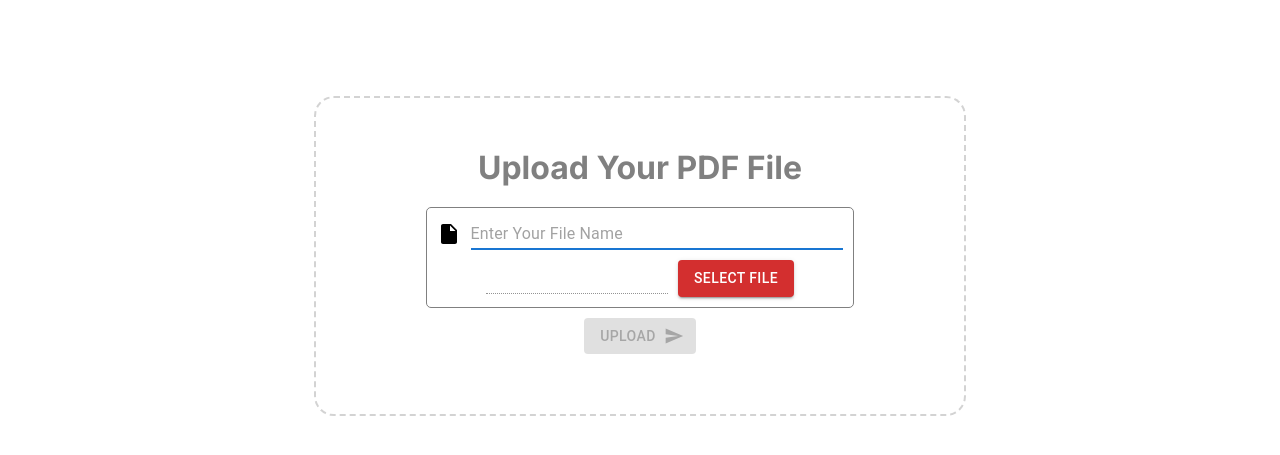
Repository: BhushanPatil-121/pdf-upload-nextjs
Page: /
These files come from the project's save history. The page is drawn as it stood at one moment and after the next save; the edit follows.
The browser window is 1280 px wide. The pictures show the whole page.
The project was rebuilt for these pictures with package versions that can differ from the ones it lists, and the page was loaded fresh each time. The framework's server and built-in components were replaced by stand-ins that run in the browser. Also part of the build but not shown: next.config.mjs.

Above is the page before, as saved 2024-02-29 11:07:22.

### src/app/page.tsx
"use client"
import styles from "./page.module.css";
import { styled } from '@mui/material/styles';
import Button from '@mui/material/Button';
import CloudUploadIcon from '@mui/icons-material/CloudUpload';
import { useState } from 'react';
import { Alert, Box, Stack, TextField } from "@mui/material";
import InsertDriveFileIcon from '@mui/icons-material/InsertDriveFile';
import SendIcon from '@mui/icons-material/Send';
import LoadingButton from '@mui/lab/LoadingButton';
import { CloudDownload } from "@mui/icons-material";

const VisuallyHiddenInput = styled('input')({
  clip: 'rect(0 0 0 0)',
  clipPath: 'inset(50%)',
  height: 1,
  overflow: 'hidden',
  position: 'absolute',
  bottom: 0,
  left: 0,
  whiteSpace: 'nowrap',
  width: 1,
});

export default function Home() {
  const [loading, setLoading] = useState(false);
  const [uploading, setUploding] = useState(false);
  const [fileName, setFileName] = useState<string>("")
  const [defaultFileName, setDefaultFileName] = useState<string>("")
  const [file, setFile] = useState<string>("")
  function handleClick(e: any) {
    setLoading(true);
    setTimeout(() => setLoading(false), 3000);
    setTimeout(() => {
      setUploding(true)
      setFileName("")
      setFile("")
    }, 3000);
    setTimeout(() => setUploding(false), 6000);
    e.preventDefault();
    let formData = new FormData();
    formData.append('filename', fileName);
    formData.append('file', file);
    console.log(fileName, file);
  }
  return (
    <main className={styles.main}>
      <div className={styles.mainContainer}>
        <h1 className={styles.mainHeading}>Upload Your PDF File</h1>
        <form className={styles.mainForm}>
          <div className={styles.mainFormContainer}>
            <div className={styles.mainFormSubContainer1}>
              <InsertDriveFileIcon />
              <Box sx={{width:'100%'}}>
              <TextField
                id="standard-basic"
                fullWidth
                placeholder="Enter Your File Name"
                value={fileName}
                autoFocus
                onChange={(e) => { setFileName(e.target.value) }}
                variant="standard" />
              </Box>
            </div>
            <div className={styles.mainFormSubContainer2}>
              <TextField
                id="standard-multiline-static"
                multiline
                rows={1}
                disabled
                variant="standard"
                value={defaultFileName}
              />
              <Button
                component="label"
                role={undefined}
                variant="contained"
                tabIndex={-1}
                color={file ? "success" : "error"}
                onChange={(e: any) => {
                  setFile(e.target.files[0]);
                  setDefaultFileName(e.target.files[0].name);
                }}>Select file
                <VisuallyHiddenInput type="file" accept="application/pdf" />
              </Button>
            </div>
          </div>
          <LoadingButton
            onClick={handleClick}
            endIcon={<SendIcon />}
            loading={loading}
            disabled={fileName.length < 1}
            loadingPosition="end"
            variant="contained">
            {
              loading ? "Uploading..." : "Upload"
            }
          </LoadingButton>
        </form>
      </div>
      {
        uploading &&
        <Stack sx={{ width: '50%' }} spacing={2}>
          <Alert variant="filled" severity="success">
            File Upload Successfully
          </Alert>
        </Stack>
      }
    </main>
  );
}

### src/app/globals.css


* {
  box-sizing: border-box;
  padding: 0;
  margin: 0;
}

html,
body {
  max-width: 100vw;
  overflow-x: hidden;
}


a {
  color: inherit;
  text-decoration: none;
}

### src/app/page.module.css
.main {
  display: flex;
  flex-direction: column;
  justify-content: start;
  gap: 20px;
  align-items: center;
  padding: 6rem;
  min-height: 100vh;
}

.mainContainer {
  width: 60%;
  display: flex;
  flex-direction: column;
  justify-content: center;
  align-items: center;
  padding: 50px 100px;
  border-radius: 20px;
  border: dashed 2px lightgrey;
}

.mainHeading {
  color: grey;
}

.mainForm {
  display: flex;
  flex-direction: column;
  align-items: center;
  justify-content: center;
  width: 100%;
  padding: 10px;
  border-radius: 10px;
}

.mainFormContainer {
  display: flex;
  flex-direction: column;
  align-items: center;
  justify-content: center;
  width: 100%;
  height: 100%;
  border: 1px solid grey;
  border-radius: 5px;
  padding: 10px;
  gap: 10px;
  margin: 10px;
}

.mainFormSubContainer1 {
  display: flex;
  flex-direction: row;
  align-items: center;
  justify-content: center;
  gap: 10px;
  width: 100%;
}

.mainFormSubContainer2 {
  display: flex;
  flex-direction: row;
  align-items: center;
  justify-content: center;
  gap: 10px;
  width: 100%;

}

Loaded but not shown: src/app/layout.tsx (common file)

After the next save:
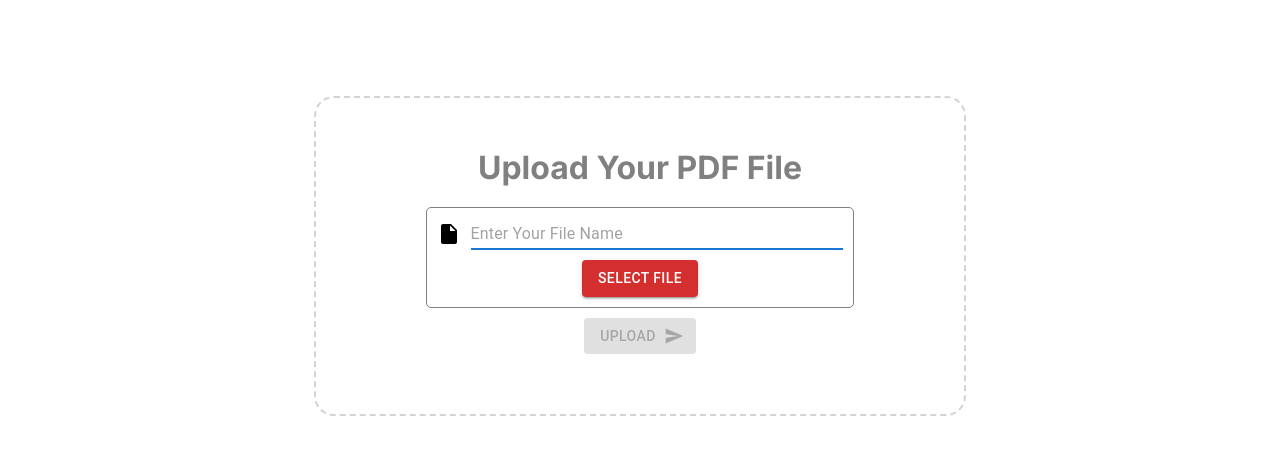
Saved 15 s later.
--- a/src/app/page.tsx
+++ b/src/app/page.tsx
@@ -63,14 +63,7 @@ export default function Home() {
               </Box>
             </div>
             <div className={styles.mainFormSubContainer2}>
-              <TextField
-                id="standard-multiline-static"
-                multiline
-                rows={1}
-                disabled
-                variant="standard"
-                value={defaultFileName}
-              />
+
               <Button
                 component="label"
                 role={undefined}
